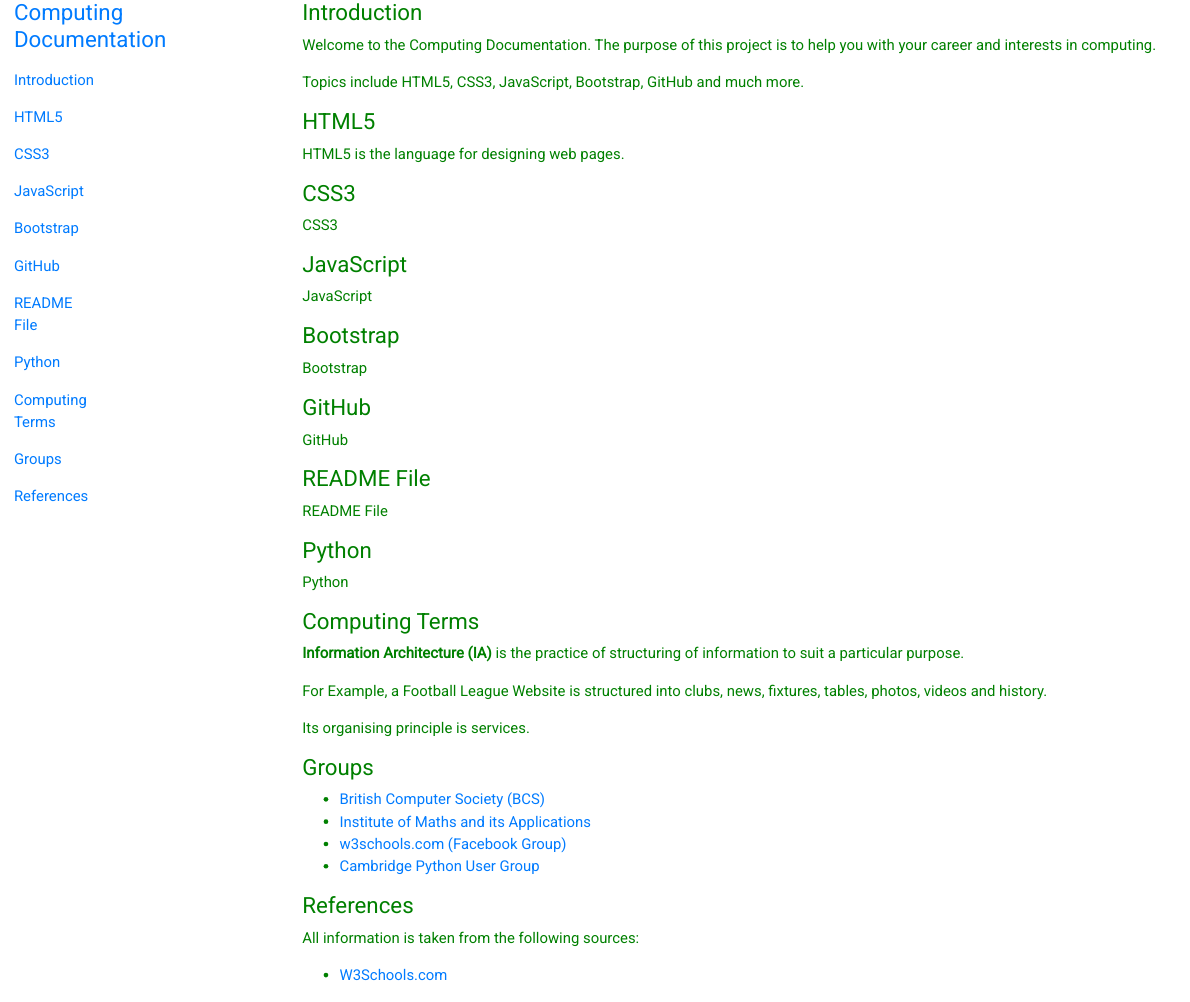
Repository: derektypist/technical-documentation-page
Page: index.html
The author's editor kept a record of every edit. The page is drawn from the files as they stood at one moment, then again after the next edit.
The browser window is 1280 px wide. The pictures show the whole page, at 93% of full size.

Above is the page before.

### index.html
<!DOCTYPE html>
<html lang="en">

<head>
  <meta charset="UTF-8">
  <meta name="viewport" content="width=device-width, initial-scale=1.0">
  <meta http-equiv="X-UA-Compatible" content="ie=edge">
  <title>Technical Documentation Page</title>
  <!-- Load Style Sheets -->
  <link rel="stylesheet" href="https://maxcdn.bootstrapcdn.com/bootstrap/4.4.1/css/bootstrap.min.css" integrity="sha384-Vkoo8x4CGsO3+Hhxv8T/Q5PaXtkKtu6ug5TOeNV6gBiFeWPGFN9MuhOf23Q9Ifjh" crossorigin="anonymous">
  <link href="https://fonts.googleapis.com/css?family=Roboto|Roboto+Mono&display=swap" rel="stylesheet">
  <style>
    /* Navigation */

    #navbar {
      font-family: "Roboto", Arial, Verdana, sans-serif;
      margin-left: 15px;
      width: 5vmax;
      position: fixed;
    }

    /* Main Content */

    #main-doc {
      font-family: "Roboto", Arial, Verdana, sans-serif;
      padding-left: 325px;
    }

    /* Main Section */

    .main-section {
      color: green;
    }
  </style>
</head>

<body>
  <!-- Set Up Navigation -->
  <nav class="navbar-nav" id="navbar">
    <header>
      <h4><a href="index.html" title="Return to Home Page">Computing Documentation</a></h4>
    </header>


    <!-- Set Up List Items Vertically -->
    <ul class="navbar-nav">
      <li class="nav-item">
        <a class="nav-link" href="#Introduction">Introduction</a>
      </li>
      <li class="nav-item">
        <a class="nav-link" href="#HTML5">HTML5</a>
      </li>
      <li class="nav-item">
        <a class="nav-link" href="#CSS3">CSS3</a>
      </li>
      <li class="nav-item">
        <a class="nav-link" href="#JavaScript">JavaScript</a>
      </li>
      <li class="nav-item">
        <a class="nav-link" href="#Bootstrap">Bootstrap</a>
      </li>
      <li class="nav-item">
        <a class="nav-link" href="#GitHub">GitHub</a>
      </li>
      <li class="nav-item">
        <a class="nav-link" href="#README_File">README File</a>
      </li>
      <li class="nav-item">
        <a class="nav-link" href="#Python">Python</a>
      </li>
      <li>
        <a class="nav-link" href="#Computing_Terms">Computing Terms</a>
      </li>
      <li>
        <a class="nav-link" href="#Groups">Groups</a>
      </li>
      <li>
        <a class="nav-link" href="#References">References</a>
      </li>
  </nav>

  <!-- Set Up Main Content -->
  <main id="main-doc">

    <!-- Provide Section for Introduction -->
    <section class="main-section" id="Introduction">
      <header>
        <h4>Introduction</h4>
      </header>
      <article>
        <p>Welcome to the Computing Documentation. The purpose of this project is to help you with your career and interests in computing.</p>
        <p>Topics include HTML5, CSS3, JavaScript, Bootstrap, GitHub and much more.</p>
      </article>
    </section>

    <!-- Provide Section for HTML5 -->
    <section class="main-section" id="HTML5">
      <header>
        <h4>HTML5</h4>
      </header>
      <article>
        <p>HTML5 is the language for designing web pages.</p>
      </article>
    </section>

    <!-- Provide Section for CSS3 -->
    <section class="main-section" id="CSS3">
      <header>
        <h4>CSS3</h4>
      </header>
      <article>
        <p>CSS3</p>
      </article>
    </section>

    <!-- Provide Section for JavaScript -->
    <section class="main-section" id="JavaScript">
      <header>
        <h4>JavaScript</h4>
      </header>
      <article>
        <p>JavaScript</p>
      </article>
    </section>

    <!-- Provide Section for Bootstrap -->
    <section class="main-section" id="Bootstrap">
      <header>
        <h4>Bootstrap</h4>
      </header>
      <article>
        <p>Bootstrap</p>
      </article>
    </section>


    <!-- Provide Section for GitHub -->
    <section class="main-section" id="GitHub">
      <header>
        <h4>GitHub</h4>
      </header>
      <article>
        <p>GitHub</p>
      </article>
    </section>

    <!-- Provide Section for README File -->
    <section class="main-section" id="README_File">
      <header>
        <h4>README File</h4>
      </header>
      <article>
        <p>README File</p>
      </article>
    </section>

    <!-- Provide Section for Python -->
    <section class="main-section" id="Python">
      <header>
        <h4>Python</h4>
      </header>
      <article>
        <p>Python</p>
      </article>
    </section>

    <!-- Provide Section for Computing Terms -->
    <section class="main-section" id="Computing_Terms">
      <header>
        <h4>Computing Terms</h4>
      </header>
      <article>
        <p><b>Information Architecture (IA)</b> is the practice of structuring of information to suit a particular purpose.</p>
        <p>For Example, a Football League Website is structured into clubs, news, fixtures, tables, photos, videos and history.</p>
        <p>Its organising principle is services.</p>
      </article>
    </section>

    <!-- Provide Section for Groups -->
    <section class="main-section" id="Groups">
      <header>
        <h4>Groups</h4>
      </header>
      <article>
        <ul>
          <li><a href="https://www.bcs.org" target="_blank" title="British Computer Society">British Computer Society (BCS)</a></li>
          <li><a href="https://www.ima.org.uk" target="_blank" title="Institute of Maths and its Applications">Institute of Maths and its Applications</a></li>
          <li><a href="https://www.facebook.com/groups/w3schoolscom" target="_blank" title="w3schools.com Facebook Group">w3schools.com (Facebook Group)</a></li>
          <li><a href="https://www.meetup.com/CamPUG" target="_blank" title="Cambridge Python User Group">Cambridge Python User Group</a></li>
        </ul>
      </article>
    </section>
    <!-- Provide Section for References -->
    <section class="main-section" id="References">
      <header>
        <h4>References</h4>
      </header>
      <article>
        <p>All information is taken from the following sources:</p>
        <ul>
          <li><a href="https://www.w3schools.com" target="_blank" title="W3Schools.com">W3Schools.com</a></li>
        </ul>
      </article>
    </section>
  </main>
</body>

</html>

After the next edit:
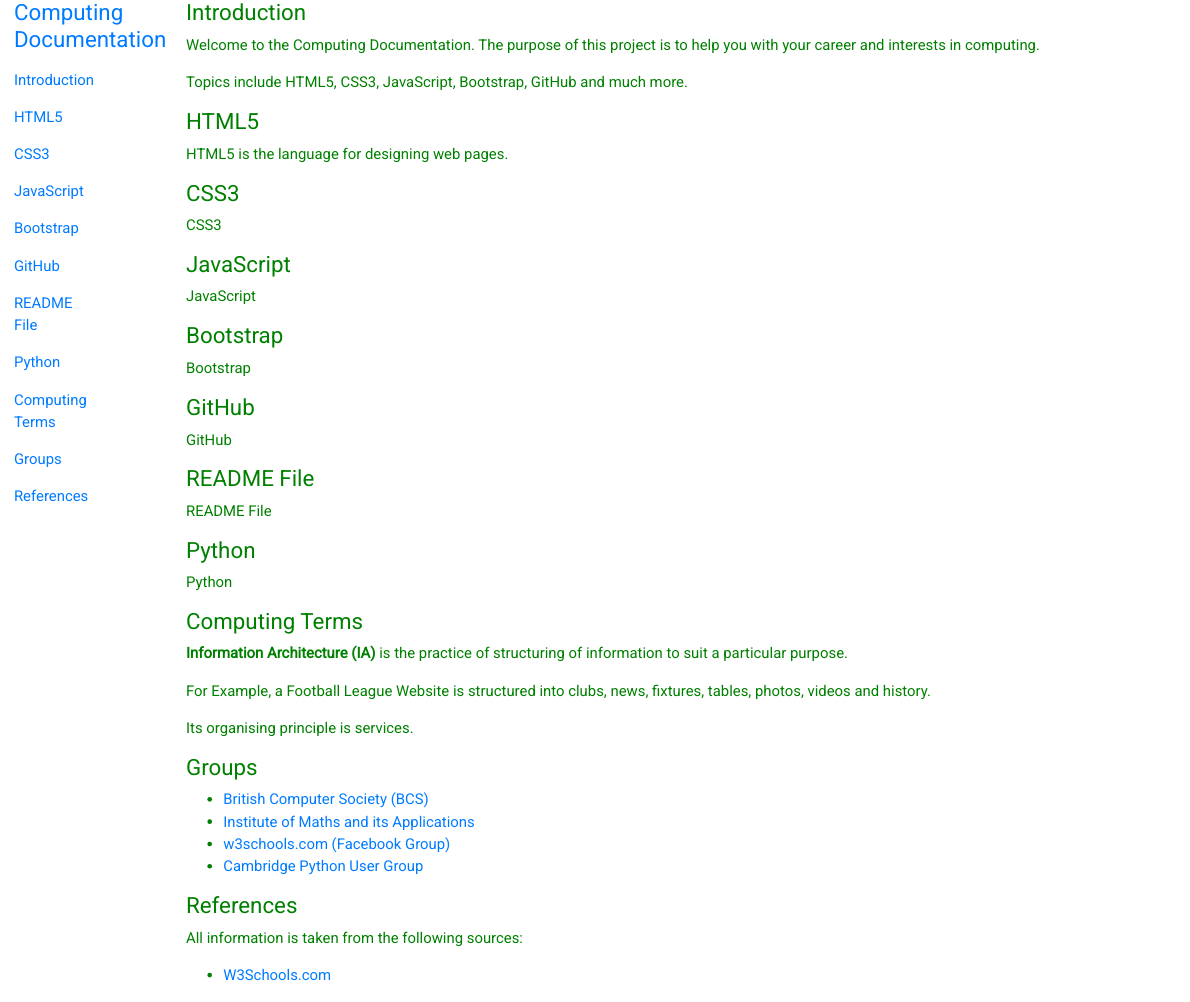
The edit:
--- a/index.html
+++ b/index.html
@@ -23,7 +23,7 @@
 
     #main-doc {
       font-family: "Roboto", Arial, Verdana, sans-serif;
-      padding-left: 325px;
+      padding-left: 200px;
     }
 
     /* Main Section */
